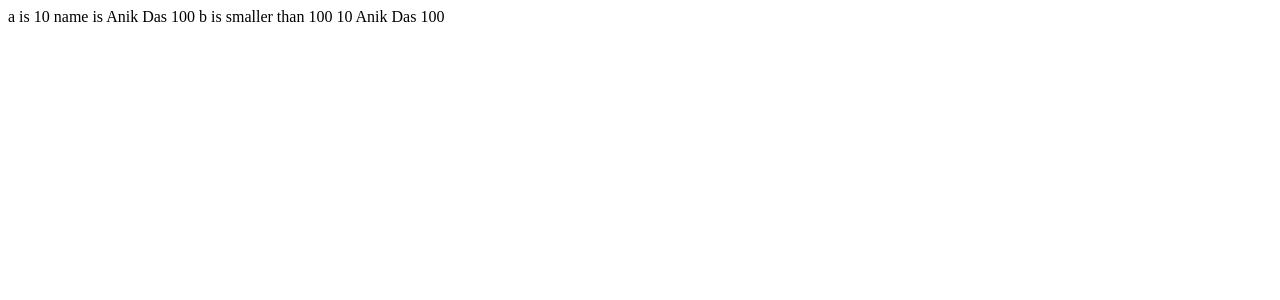
Repository: anik3395/JavaServletProjects
Page: http://localhost/ScriptingTagDemo/
The author's editor kept a copy of each file at every save. The page is drawn from the files as they stood at one save, then again after the next save.
The browser window is 1280 px wide. The pictures show the whole page.
The page is served by Tomcat 9.

Above is the page before, as saved 2024-10-21 11:59:18.

After the next save:
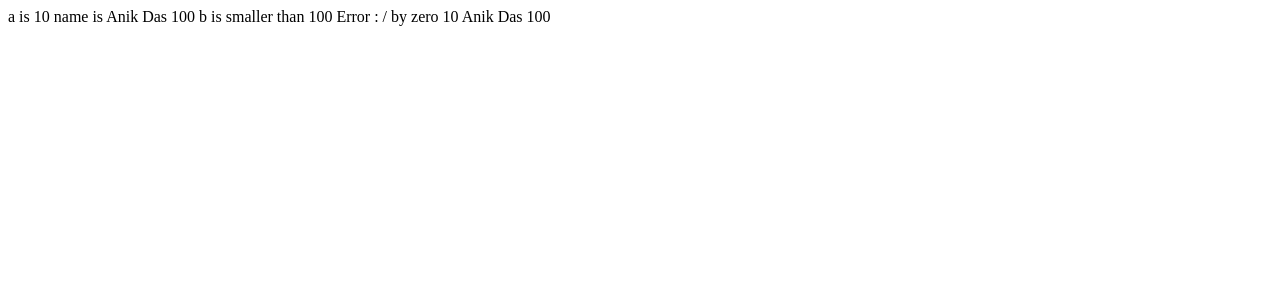
Saved 13 min 12 s later.
--- a/eclipse-workspace/ScriptingTagDemo/src/main/webapp/index.jsp
+++ b/eclipse-workspace/ScriptingTagDemo/src/main/webapp/index.jsp
@@ -29,6 +29,12 @@ else{
 	out.println("b is greater");
 }
 
+try{
+	int k = 9/0;
+}catch(Exception e){
+	out.println("Error : " + e.getMessage());
+}
+
 
 %>
 
